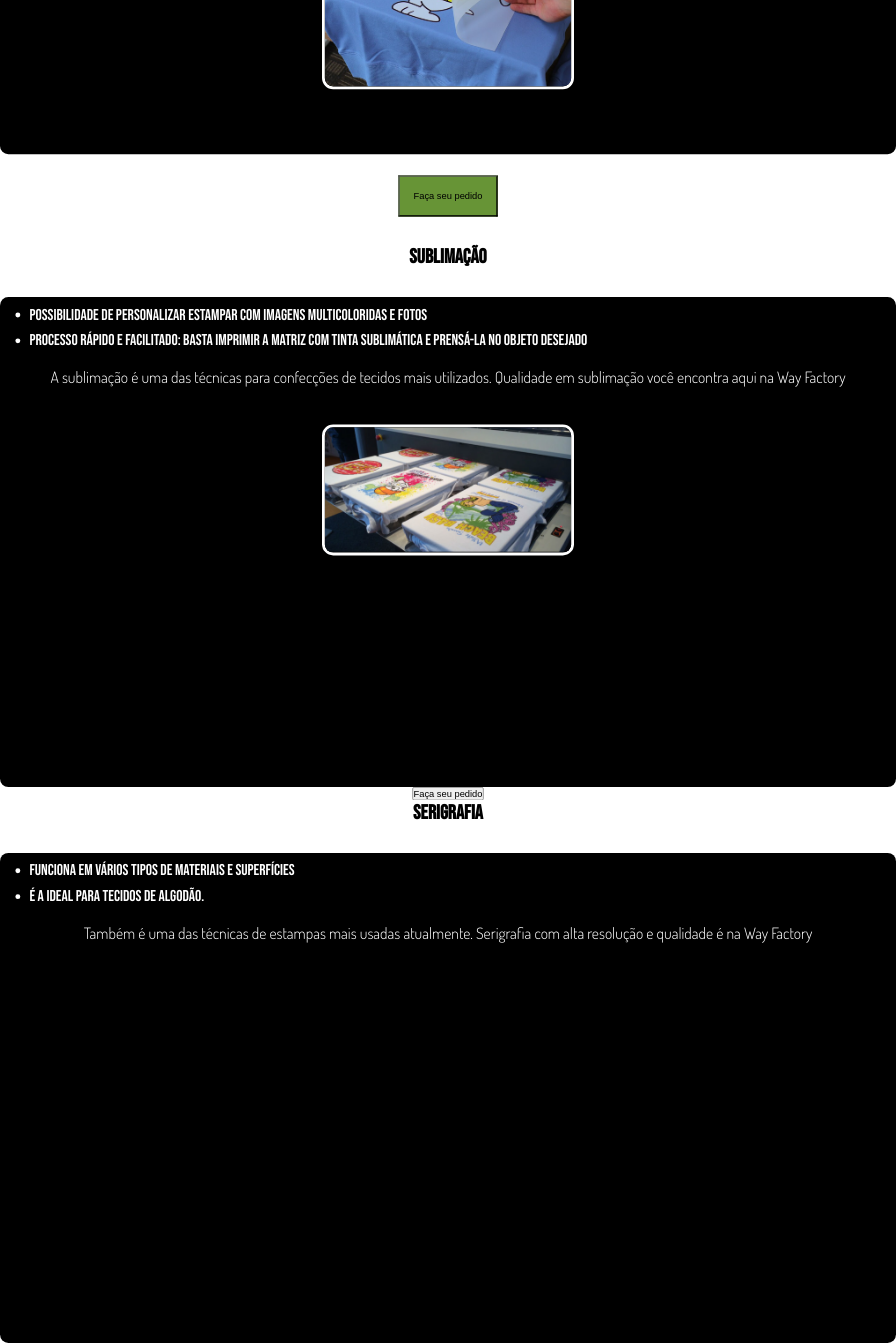
Repository: Leonngc/way-factory
Page: index.html
An editor plug-in stored every save of this project. The page is shown before and after the next save, followed by the edit.
The browser window is 1280 px wide. The pictures show the part of the page from y = 1169 to 3089 px (the page is 3632 px tall before and 3624 px after), at 70% of full size.
Some icons come from a web library that is not loaded, so they are not drawn.

Above is the page before, as saved 2023-02-08 22:43:07.

### index.html
<!DOCTYPE html>
<html lang="pt-br">
  <head>
    <meta charset="UTF-8" />
    <meta http-equiv="X-UA-Compatible" content="IE=edge" />
    <meta name="viewport" content="width=device-width, initial-scale=1.0" />
    <link rel="shortcut icon" href="favicon.ico" type="image/x-icon" />
    <link
      rel="stylesheet"
      href="https://cdn-uicons.flaticon.com/uicons-bold-rounded/css/uicons-bold-rounded.css"
    />
    <link rel="stylesheet" href="styles/index.css">
    <title>Way Factory</title>
  </head>
  <body>
    <header>
      <img src="" alt="" id="logo" />
      <menu>
        <button id="menu-burguer"><i class="fi fi-br-menu-burger" ></i></button>
        <ul id="links-menu">
          <li><a href="about.html">Sobre</a></li>
          <li><a href="order.html">Como fazer seu pedido</a></li>
          <li><a href="contacts.html">Contatos</a></li>
        </ul>
      </menu>
    </header>

    <main>
      <div class="container-slogan">
        <div class="slogans">
          <h2>CONFIABILIDADE</h2>
          <p>
            Trabalhamos lado-a-lado com você, cumprindo nossos serviços com
            agilidade, qualidade e paixão pelo o que fazemos
          </p>
        </div>

        <div class="slogans">
          <h2>QUALIDADE</h2>
          <p>
            A Way Factory preza pela alta qualidade da sua personalização
            utilizando as técnicas mais modernas do mercado
          </p>
        </div>

        <div class="slogans">
          <h2>DO SEU JEITO</h2>
          <p>
            Fazemos a personalização exatamente do seu jeito contando com a
            nossa equipe para ajudá-lo na hora do pedido.
          </p>
        </div>
      </div>

      <section>
        <h2>NOSSOS SERVIÇOS</h2>
        <div  class="container-services">
          <h3>ESTAMPAS EM DTF</h3>
          <div>
            <ul>
              <li>DURABILIDADE</li>
              <li>É POSSÍVEL ESTAMPAR NOS MAIS DIVERSOS TECIDOS</li>
              <li>ACABAMENTO MACIO</li>
            </ul>

            <p>
              Todas essas são as principais características de estampas no tipo
              DTF. A Way Factory tem as melhores máquinas para entregar um
              produto de qualidade e beleza
              <div class="container-img"><img src="images/dtf.png" alt="Imagem de uma estampa em DTF" /></div>
            </p>
          </div>
         <button>Faça seu pedido</button>
        </div>

        <div class="container-services">
          <h3>SUBLIMAÇÃO</h3>
          <div>
            <ul>
              <li>
                Possibilidade de personalizar estampar com imagens
                multicoloridas e fotos
              </li>
              <li>
                Processo rápido e facilitado: basta imprimir a matriz com tinta
                sublimática e prensá-la no objeto desejado
              </li>
            </ul>
            <p>
              A sublimação é uma das técnicas para confecções de tecidos mais
              utilizados. Qualidade em sublimação você encontra aqui na Way
              Factory
              <div class="container-img"><img src="images/sublimacao.png" alt="Imagem de uma estampa em sublimação" /></div>
            </p>
          </div>
        </div>

        <button>Faça seu pedido</button>

        <div class="container-services">
            <h3>SERIGRAFIA</h3>
            <div>
                <ul>
                    <li>Funciona em vários tipos de materiais e superfícies</li>
                    <li>é a ideal para tecidos de algodão.</li>
                </ul>
                <p>Também é uma das técnicas de estampas mais usadas atualmente. Serigrafia com alta resolução e qualidade é na Way Factory</p>
            </div>
          <img src="" alt=""/>
        </div>
        <button>Faça seu pedido</button>
      </section>
    </main>
        <div>
            <img src="images/180_camiseta_de_algodao_preta_p_m_g_gg_931_1_91c3eb3d1cbb91f6ca1f162f1c7263c0.png" alt="">
        </div>
    <footer>
      <ul>
        <li>Endereço</li>
        <li>Telefone</li>
        <li>Instagram</li>
      </ul>
    </footer>
  </body>
</html>

### styles/index.css
@charset "UTF-8";

@import url('https://fonts.googleapis.com/css2?family=Bebas+Neue&display=swap');
@import url('https://fonts.googleapis.com/css2?family=Dosis:wght@300&display=swap');

:root{
    --bebas-neue: 'Bebas Neue', cursive;
    --dosis:'Dosis', sans-serif;
}

*{
    margin: 0px;
    padding: 0px;
    box-sizing: border-box;
}

header{
    background-color: black;
    height: 20vh;
    max-width: 100vw;
    width: 100vw;
    margin-bottom: 25px;
}
#menu-burguer{
    background-color: rgba(245, 245, 220, 0);
    color: white;
    font-size: 30px;
    padding: 9px;
}
#links-menu{
    background-color: white;
    max-width: 100vw;
    width: 100vw;
    display: none;
}
menu > ul > li > a{
    color: rgb(3, 3, 3);
    font-family: var(--bebas-neue);
    font-size: 18px;
    margin-left: 20px;
}

menu > ul > li{
    list-style: circle;
    padding: 6px;
}
.container-slogan{
    margin: 40px;
}
.slogans{
    text-align: center;
    font-family: var(--bebas-neue);
    margin-top: 25px;
}

.slogans > h2{
    font-size: 1.8em;
}

.slogans > p{
    font-size: 1.6em;
    font-family: var(--dosis);
}

section{
    text-align: center;
    margin-top: 100px;
}

section > h2{
    font-family: var(--bebas-neue);
    padding: 20px;
    font-size: 2em;
    text-decoration: underline;
}


.container-services > h3{
    font-family: var(--bebas-neue);
    font-size: 1.8em;
}

.container-services > div{
    margin-top: 40px;
    background-color: black;
    color: white;
    height: 700px;
    padding: 12px;
    border-radius: 12px;
}

.container-services > div > ul > li{
    text-align: left;
    margin-left: 30px;
    margin-bottom: 10px;
    font-size: 1.4em;
    font-family: var(--bebas-neue);
}

.container-services > div > p{
    font-family: var(--dosis);
    font-size: 1.4em;
    padding: 14px;
    margin-bottom: 40px;
}

.container-img > img{
    border: 4px solid white;
    border-radius: 16px;
    width: 360px;
}

.container-services > button{
    margin-top: 30px;
    margin-bottom: 40px;
    background-color: #679436;
    padding: 20px;
}

After the next save:
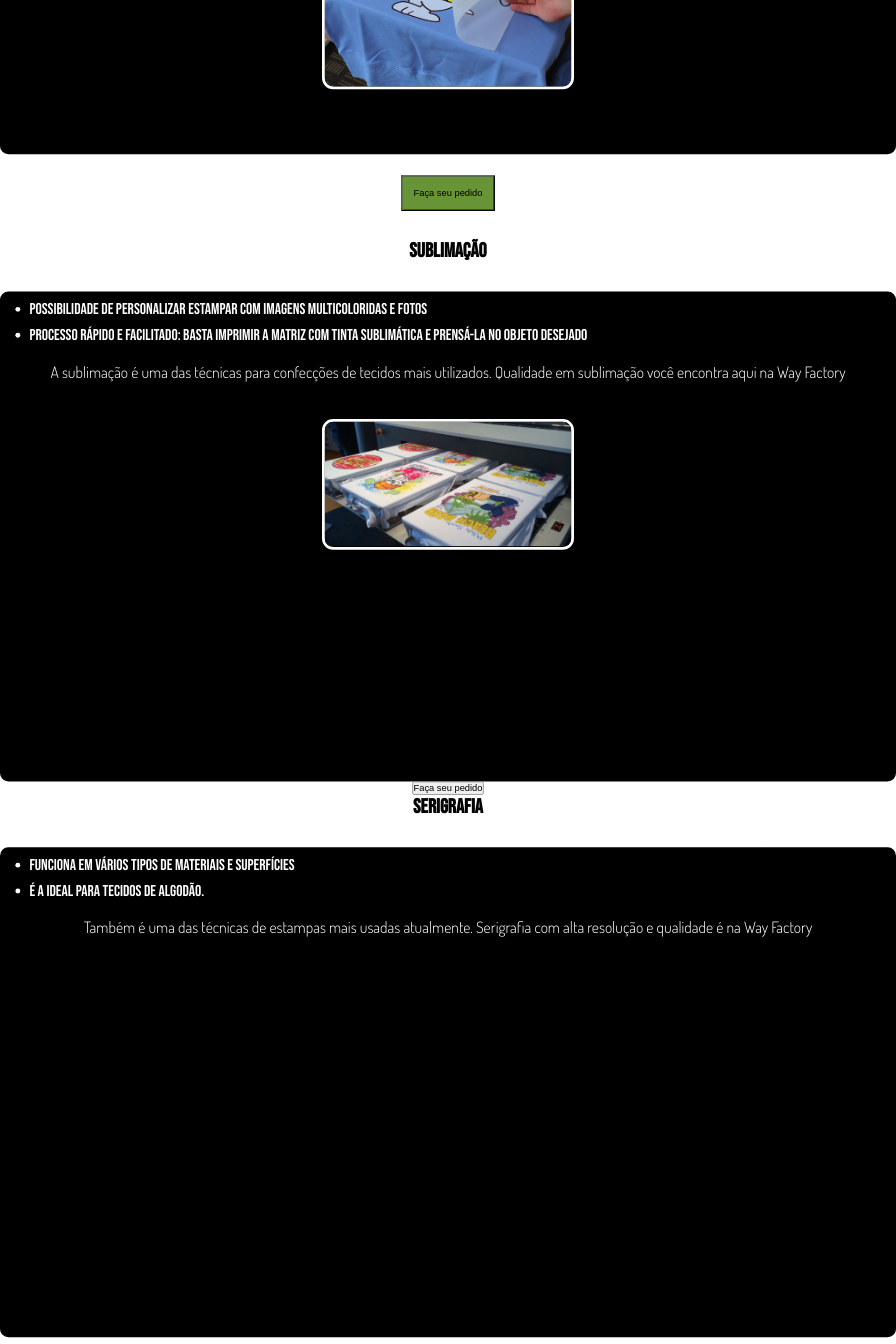
Saved 5 s later.
--- a/styles/index.css
+++ b/styles/index.css
@@ -114,5 +114,5 @@
     margin-top: 30px;
     margin-bottom: 40px;
     background-color: #679436;
-    padding: 20px;
+    padding: 16px;
 }
